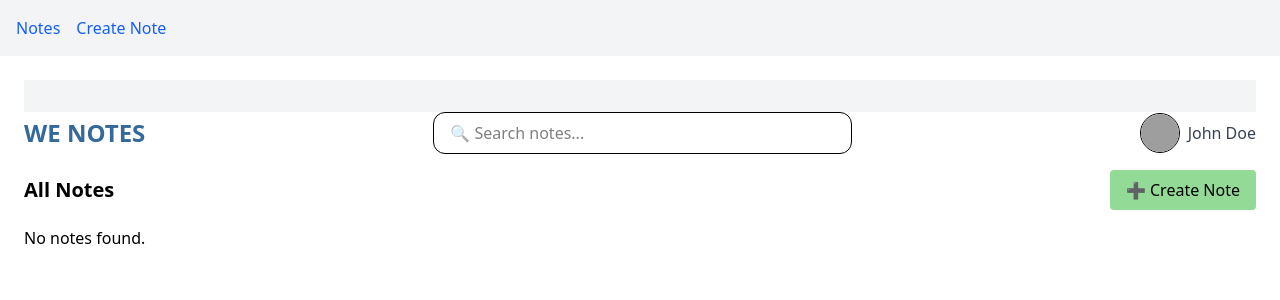
Repository: pin-seavmuy/NoteApplication
Page: / (app in note-vue/)
The author's editor kept a copy of each file at every save. The page is drawn from the files as they stood at one save, then again after a run of saves.
The browser window is 1280 px wide. The pictures show the whole page.
Pictures or frames that could not be fetched are drawn as grey boxes. The page's requests for data from a server got no answer. The project was rebuilt for these pictures with package versions that can differ from the ones it lists, and the page was loaded fresh each time. No one was signed in, and anything a server would have sent is missing. Also part of the build but not shown: note-vue/vite.config.ts, note-vue/src/components/NoteWrapper.vue, note-vue/src/views/CreateNote.vue, note-vue/src/views/NoteDetail.vue, note-vue/src/views/UpdateNote.vue.

Above is the page before, as saved 2025-09-16 11:22:44.

### note-vue/src/main.ts
// import { createApp } from 'vue'
// import './style.css'
// import App from './App.vue'

// createApp(App).mount('#app')


import { createApp } from 'vue'
import App from './App.vue'
import router from './router'
import './style.css'

const app = createApp(App)
app.use(router)
app.mount('#app')

### note-vue/src/App.vue
<script setup lang="ts">
  import HelloWorld from './components/HelloWorld.vue'
  import NotesList from '../components/NotesList.vue'
</script>

<!-- <template>
  <div>
    <HelloWorld msg="Vite + Vue" />
    <NotesList />
  </div>
</template> -->

<template>
  <div>
    <nav class="p-4 bg-gray-100 flex space-x-4">
      <router-link to="/" class="text-blue-600 hover:underline">Notes</router-link>
      <router-link to="/create" class="text-blue-600 hover:underline">Create Note</router-link>
    </nav>

    <router-view />
  </div>
</template>

<style scoped>
</style>

### note-vue/src/router/index.ts
import { createRouter, createWebHistory } from 'vue-router'

import NotesList from '../views/NotesList.vue'
import CreateNote from '../views/CreateNote.vue'
import NoteDetail from '../views/NoteDetail.vue'
import UpdateNote from '../views/UpdateNote.vue'

const routes = [
  {
    path: '/',
    name: 'NotesList',
    component: NotesList,
  },
  {
    path: '/create',
    name: 'CreateNote',
    component: CreateNote,
  },
  {
    path: '/notes/:id',
    name: 'NoteDetail',
    component: NoteDetail,
    props: true,
  },
    {
    path: '/notes/:id/edit',
    name: 'UpdateNote',
    component: UpdateNote,
    props: true
    }
]

const router = createRouter({
  history: createWebHistory(),
  routes,
})

export default router

### note-vue/src/views/NotesList.vue
<template>
  <div class="p-6">
    <nav class="p-4 bg-gray-100 flex space-x-4">

    </nav>
    <div class="flex items-center justify-between mb-4 space-x-72">
      <h1 class="text-2xl font-bold " style="color: #34699A;">WE NOTES</h1>

      <input
        v-model="search"
        type="text"
        placeholder="🔍 Search notes..."
        class="px-4 py-2 border rounded-xl flex-grow"
      />

      <div class="flex items-center space-x-2 flex-shrink-0">
        <img
          src="https://ui-avatars.com/api/?name=User"
          alt="User Avatar"
          class="w-10 h-10 rounded-full border"
        />
        <span class="text-gray-700 font-medium">John Doe</span>
      </div>
    </div>

    <div class="flex items-center justify-between mb-4">

      <router-link to="/" class="text-xl font-bold flex-shrink-0 hover:underline">All Notes</router-link>
      <router-link
        to="/create"
        class="text-base px-4 py-2 rounded text-black hover:brightness-90"
        style="background-color: #93DA97;"
      >
        ➕  Create Note
      </router-link>
    </div>

    <div v-if="loading" class="">Loading...</div>
    <div v-else-if="filteredNotes.length === 0">No notes found.</div>

    <div
      v-else
      class="grid gap-4 grid-cols-1 sm:grid-cols-2 lg:grid-cols-3 xl:grid-cols-4"
    >
      <NoteWrapper style="background-color: #F9F6F3;"
        v-for="note in filteredNotes"
        :key="note.id"
        :note="note"
      />
    </div>
  </div>
</template>

<script setup lang="ts">
import { ref, computed, onMounted } from 'vue'
import api from '../api/axios'
import NoteWrapper from '../components/NoteWrapper.vue'

interface Note {
  id: number
  title: string
  content: string | null
  createdAt: string
  updatedAt?: string | null
}

const notes = ref<Note[]>([])
const loading = ref(false)
const search = ref('')

async function fetchNotes() {
  loading.value = true
  try {
    const res = await api.get('/Notes')
    notes.value = res.data as Note[]
  } catch (error) {
    console.error('Error fetching notes:', error)
  } finally {
    loading.value = false
  }
}

const filteredNotes = computed(() =>
  notes.value.filter(note =>
    note.title.toLowerCase().includes(search.value.toLowerCase())
  )
)

onMounted(fetchNotes)
</script>

### note-vue/src/api/axios.ts
import axios from 'axios'

const api = axios.create({
  baseURL: 'http://localhost:5258/api',
})

export default api;

Loaded but not shown: note-vue/index.html (common file); note-vue/src/style.css (common file)

After the next 2 saves:
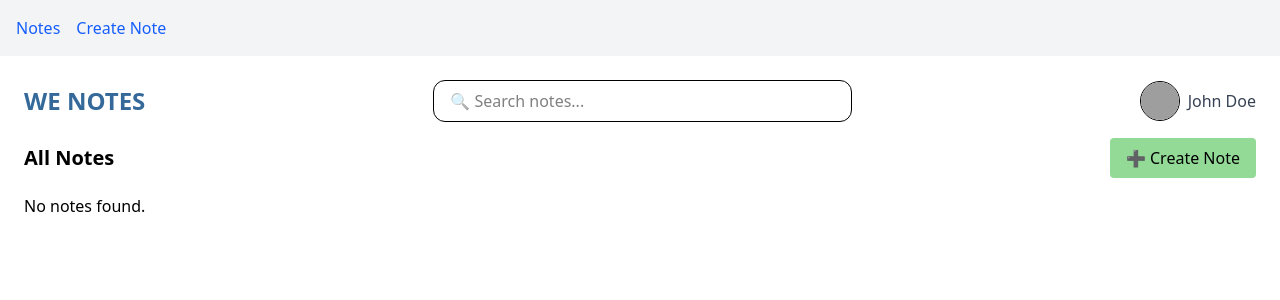
The 2 saves are shown as one change because they came seconds apart.
The last was saved 12 s later.
--- a/note-vue/src/views/NotesList.vue
+++ b/note-vue/src/views/NotesList.vue
@@ -1,8 +1,6 @@
 <template>
   <div class="p-6">
-    <nav class="p-4 bg-gray-100 flex space-x-4">
-
-    </nav>
+    <nav ></nav>
     <div class="flex items-center justify-between mb-4 space-x-72">
       <h1 class="text-2xl font-bold " style="color: #34699A;">WE NOTES</h1>
 
